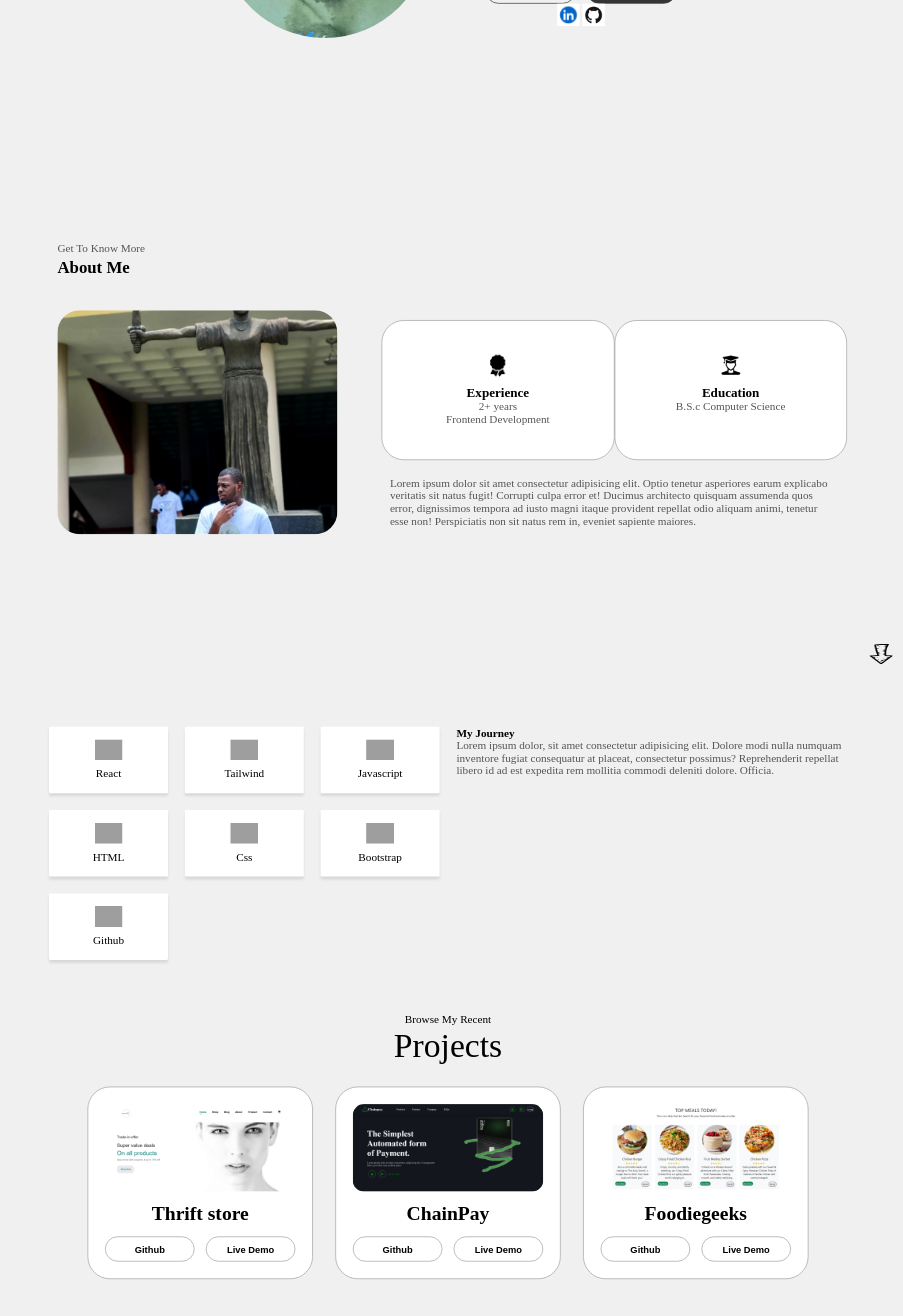
Repository: Austinokezie/Myportfolio
Page: index.html
The author's editor kept a copy of each file at every save. The page is drawn from the files as they stood at one save, then again after the next save.
The browser window is 1280 px wide. The page is 1290 px wide, so the pictures cover 1290 px, including what lies to the right of the window. The pictures show the part of the page from y = 456 to 2336 px (the page is 3257 px tall), at 70% of full size.
Pictures or frames that could not be fetched are drawn as grey boxes. Some web fonts or font styles are not loaded; a fallback is used.

Above is the page before, as saved 2025-10-08 14:32:35.

After the next save:
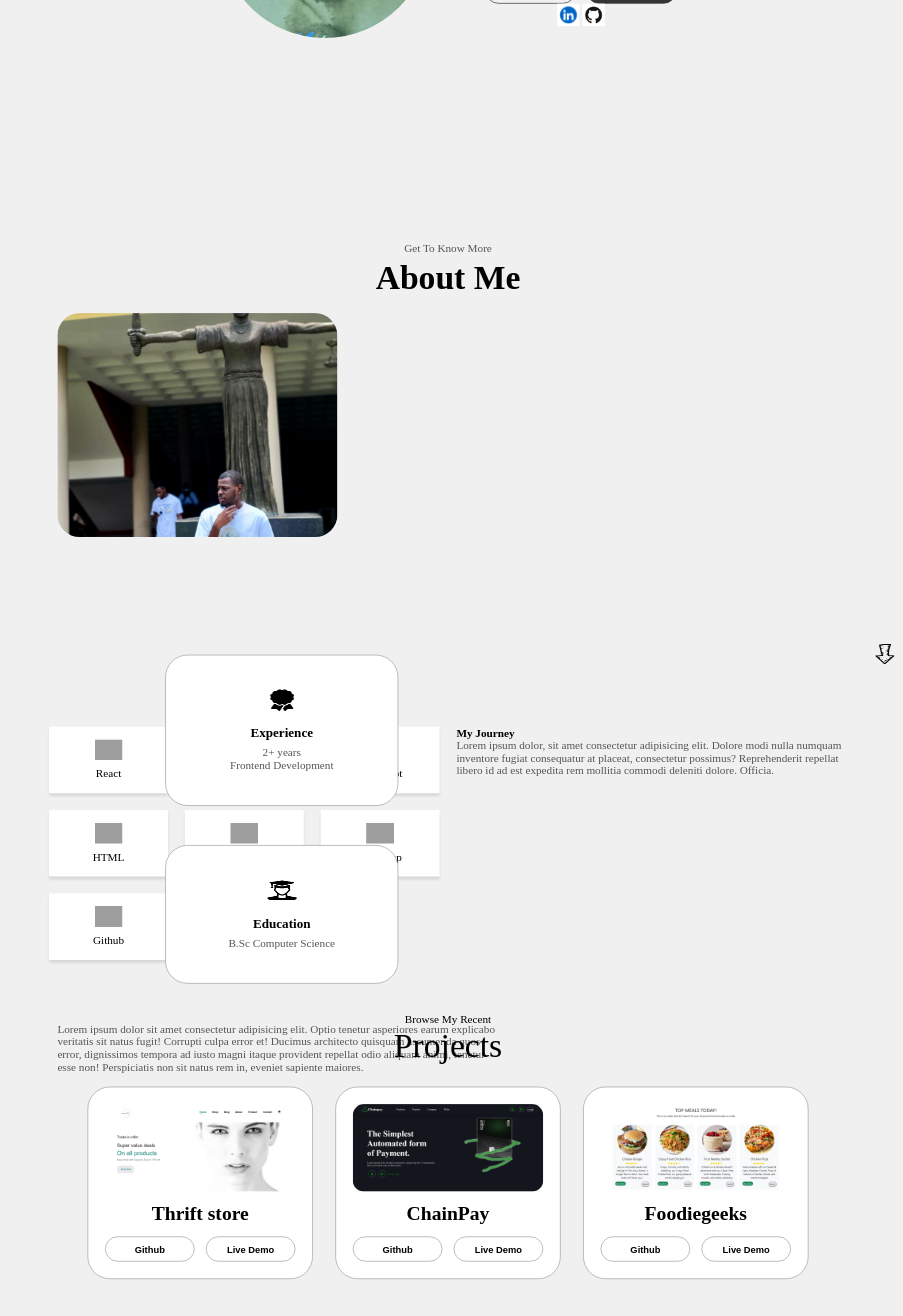
Saved 13 min 8 s later.
--- a/index.html
+++ b/index.html
@@ -72,65 +72,82 @@
             </div>
         </div>
     </div>
-   <section id="about" class="container py-5">
-       <!-- Intro Section -->
-        <div class="about-intro mb-5">
-          <p class="text-muted mb-1">Get To Know More</p>
-           <h1 class="fw-bold">About Me</h1>
-        </div>
-
-       <!-- About Content -->
-       <div class="row align-items-center justify-content-center g-4">
-         <!-- Image Section -->
-            <div class="col-12 col-md-5 text-center">
-              <img src="./Asset/Solo pic1.jpg" alt="profile pic1" class="img-fluid rounded about-pic">
-            </div>
-
-           <!-- Details and Text Section -->
-            <div class="col-12 col-md-7 about-details-container">
-               <div class="row g-4 about-container">
-                    <!-- Experience -->
-                    <div class=" details-container col-12 col-sm-6 text-center">
-                       <div class="p-4 border rounded shadow-sm h-100">
-                          <img src="./Asset/icons8-award-50.png" alt="Experience icon" class="icon mb-2">
-                          <h3 class="h5 fw-bold">Experience</h3>
-                          <p class="mb-0">2+ years <br> Frontend Development</p>
+    <section id="about" class="container py-5">
+           <!-- Intro -->
+       <div class="about-intro text-center mb-4">
+           <p class="section_text_p1 text-uppercase text-muted mb-1">Get To Know More</p>
+           <h1 class="title fw-bold">About Me</h1>
+       </div>
+
+      <!-- Section Container -->
+      <div class="section_container row align-items-center g-4">
+            <!-- Image -->
+          <div class="section__pic-container col-12 col-md-5 order-1 order-md-1 text-center">
+               <img
+                 src="./Asset/Solo pic1.jpg"
+                 alt="profile pic1"
+                 class="about-pic img-fluid rounded-3 shadow-sm"
+                >
+           </div>
+
+           <!-- Details -->
+          <div class="about-details-container col-12 col-md-7 order-2 order-md-2">
+                <div class="about-containers row g-4 justify-content-center text-center">
+
+                 <!-- Experience -->
+                   <div class="details-container col-10 col-sm-6">
+                       <div class="p-4 border rounded-3 h-100 bg-light shadow-sm">
+                           <img
+                              src="./Asset/icons8-award-50.png"
+                              alt="Experience icon"
+                               class="icon img-fluid mb-3"
+                               style="width: 50px;"
+                            >
+                           <h3 class="fw-semibold mb-2">Experience</h3>
+                           <p class="mb-0">2+ years <br> Frontend Development</p>
+                      </div>
+                  </div>
+
+                   <!-- Education -->
+                  <div class="details-container col-10 col-sm-6">
+                       <div class="p-4 border rounded-3 h-100 bg-light shadow-sm">
+                           <img
+                               src="./Asset/icons8-graduation-64.png"
+                               alt="Education Icon"
+                              class="icon img-fluid mb-3"
+                              style="width: 50px;"
+                            >
+                           <h3 class="fw-semibold mb-2">Education</h3>
+                            <p class="mb-0">B.Sc Computer Science</p>
                         </div>
                    </div>
-
-                  <!-- Education -->
-                   <div class=" details-container col-12 col-sm-6 text-center">
-                       <div class="p-4 border rounded shadow-sm h-100">
-                          <img src="./Asset/icons8-graduation-64.png" alt="Education Icon" class="icon mb-2">
-                          <h3 class="h5 fw-bold">Education</h3>
-                          <p class="mb-0">B.S.c Computer Science</p>
-                        </div>
+                   <!-- About Text -->
+                   <div class="text-container mt-4">
+                      <p class="text-secondary lh-lg px-2 px-md-0">
+                           Lorem ipsum dolor sit amet consectetur adipisicing elit. Optio
+                          tenetur asperiores earum explicabo veritatis sit natus fugit!
+                          Corrupti culpa error et! Ducimus architecto quisquam assumenda quos error,
+                          dignissimos tempora ad iusto magni itaque provident repellat odio
+                          aliquam animi, tenetur esse non! Perspiciatis non sit natus rem in,
+                         eveniet sapiente maiores.
+                        </p>
                    </div>
                 </div>
-                <div class="mt-4">
-                   <p class="text-muted">
-                      Lorem ipsum dolor sit amet consectetur adipisicing elit. Optio
-                      tenetur asperiores earum explicabo veritatis sit natus fugit!
-                      Corrupti culpa error et! Ducimus architecto quisquam assumenda quos
-                      error, dignissimos tempora ad iusto magni itaque provident repellat
-                      odio aliquam animi, tenetur esse non! Perspiciatis non sit natus rem
-                      in, eveniet sapiente maiores.
-                   </p>
-                </div>
-            </div>
-             <!-- Description Text -->
-
-        </div>
-
-
-        <!-- Arrow Icon (Hidden on Mobile) -->
-        <div class="text-center mt-5 d-none d-md-block">
-           <img src="./Asset/icons8-arrow-down-100.png" alt="arrow icon"
-          class="icon arrow"
-          onclick="location.href='./experience'"
-          style="cursor:pointer; width:60px;">
-        </div>
-    </section>
+            </div>
+       </div>
+
+         <!-- Arrow -->
+        <div class="text-center mt-5">
+           <img
+             src="./Asset/icons8-arrow-down-100.png"
+             alt="arrow icon"
+             class="icon arrow img-fluid"
+             style="width: 50px; cursor: pointer;"
+             onclick="location.href='./experience'"
+            >
+       </div>
+   </section>
+
 
     <!-- <section id="experience">
         <p class="section_text_p1">Explore My</p>
